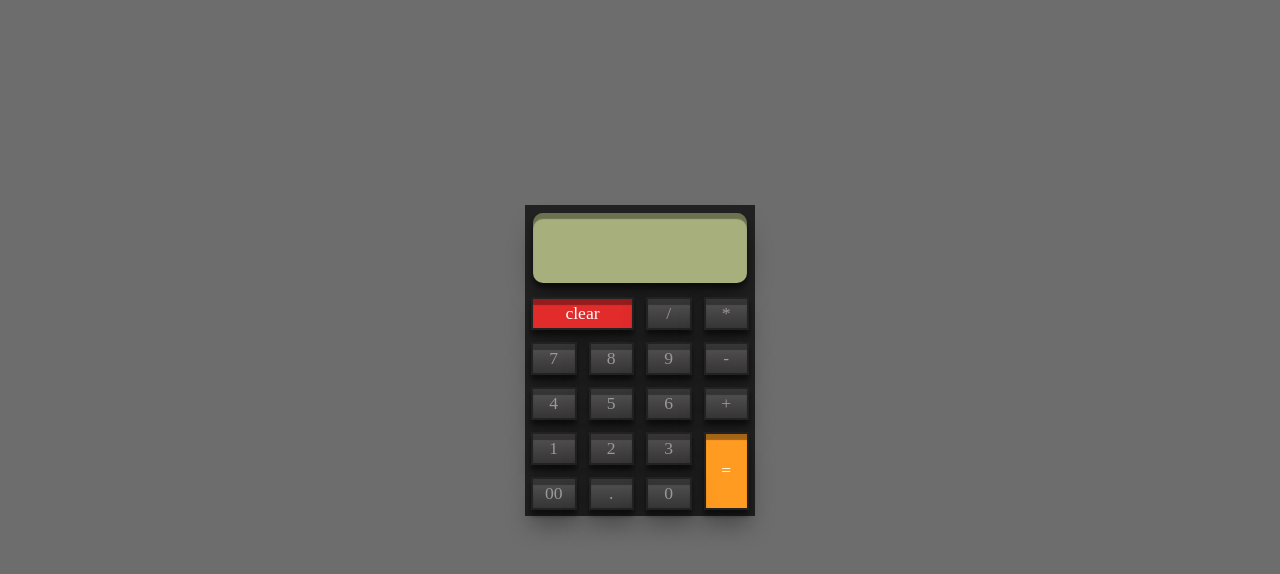
Repository: JunaidAnsari202/calculator
Page: index.html
An editor plug-in stored every save of this project. The page is shown before and after the next save, followed by the edit.
The browser window is 1280 px wide. The pictures show the whole page.

Above is the page before, as saved 2023-10-28 15:12:20.

After the next save:
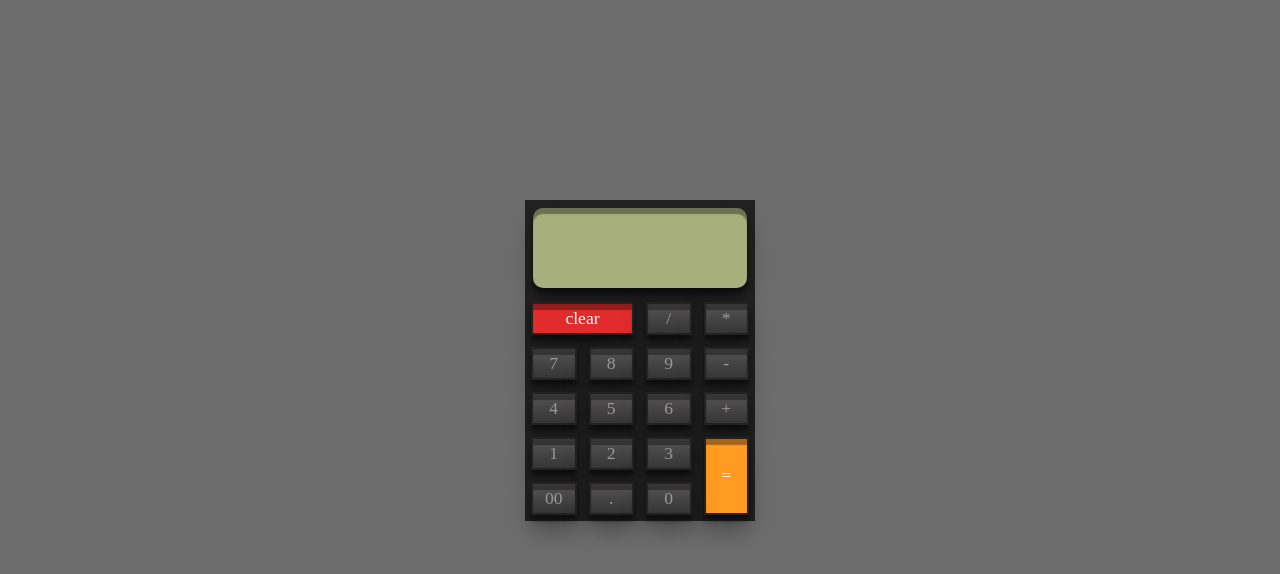
Saved 13 s later.
--- a/style.css
+++ b/style.css
@@ -37,7 +37,7 @@ body{
     position: relative;
     margin: 8px;
     grid-column: span 4;
-    height: 70px;
+    height: 80px;
     line-height: 80px;
     padding: 0 5px ;
     border-radius: 10px;
